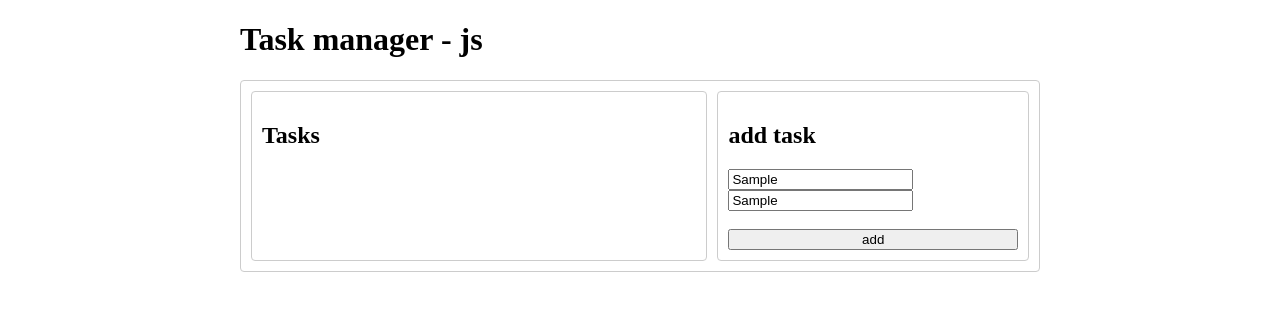
Repository: iKrekus/taskmgr-js
Page: index.html
An editor plug-in stored every save of this project. The page is shown before and after the next save, followed by the edit.
The browser window is 1280 px wide. The pictures show the whole page.
Empty fields were first filled with sample values (such as "Sample", 5 or name@example.com).
After loading, the first visible `#btn-add` was clicked once.

Above is the page before, as saved 2024-03-15 08:13:42.
Console error: ReferenceError: taskElement is not defined

### index.html
<!DOCTYPE html>
<html>
<head>
  <meta charset='utf-8'>
  <meta http-equiv='X-UA-Compatible' content='IE=edge'>
  <title>Task manager - js</title>
  <meta name='viewport' content='width=device-width, initial-scale=1'>
  <link rel='stylesheet' type='text/css' media='screen' href='style.css'>
</head>
<body>
<main>
  <h1>Task manager - js</h1>
  <div class="task-mgr container">
    <div class="task-mgr__tasks-box container">
      <h2>Tasks</h2>
      <ul class="task-mgr__list">
      </ul>
    </div>
    <div class="task-mgr__add-task container">
      <h2>add task</h2>
      <label for="title">
        <input type="text" name="title" id="task-title" class="task-mgr__field">
      </label>
      <label for="description">
        <input type="text" name="description" id="task-description" class="task-mgr__field">
      </label>
      <br>
      <br>
      <button type="button" class="task-mgr-btn task-mgr-btn__add" id="btn-add">add</button>
    </div>
  </div>
</main>
<template id="task-tmpl">
  <p class="task-title"></p>
  <p class="task-description"></p>
</template>
<script src='app.js'></script>
</body>
</html>

### style.css
main {
  max-width: 800px;
  margin: 0 auto;
}

li {
  list-style-type: none;
  padding: 0;
}
.task-mgr {
  display: flex;
  gap: 10px;
}

.task-mgr__tasks-box {
  width: 60%;
}

.task-mgr__add-task {
  width: 40%;
}

.task-mgr-btn {
  width: 100%;
}

.container {
  border: 1px solid #cccccc;
  border-radius: 4px;
  padding: 10px;
}

### app.js
const taskTitleField = document.querySelector('#task-title');
const taskDescriptionField = document.querySelector('#task-description');
const buttonAdd = document.querySelector('#btn-add');
const taskTitle = document.querySelector('.task-mgr__list');
const taskTemplate = document.querySelector('#task-tmpl');

buttonAdd.addEventListener('click', function () {
  if (taskTitleField.value && taskDescriptionField.value) {
  // addTask();
  createTask(taskTitleField.value, taskDescriptionField.value);
  clear();
  console.log(createTask);
  }

})

function clear(){
  taskTitleField.value='';
  taskDescriptionField.value='';
};


function createTask (name, description) {
  // console.log(taskTemplate);
  const task = taskTemplate.cloneNode(true);
  console.log(task);
  let aa = taskElement.querySelector('.task-title');
  console.log(aa);
  // const taskTitle = task.querySelector('.task-title');
  // const taskDescription = task.querySelector('.task-description');


  // taskTitle.value = name;
  // taskDescription.value = description;

  // return task;
}

function renderTask () {

}

// function addTask (element) {
//   const task = document.createElement('li')
//   task.innerHTML = `
//     <span>${taskTitleField.value}<span>
//     <span>${taskDescriptionField.value}<span>`;
//   tasksList.appendChild(task)
// }

After the next save:
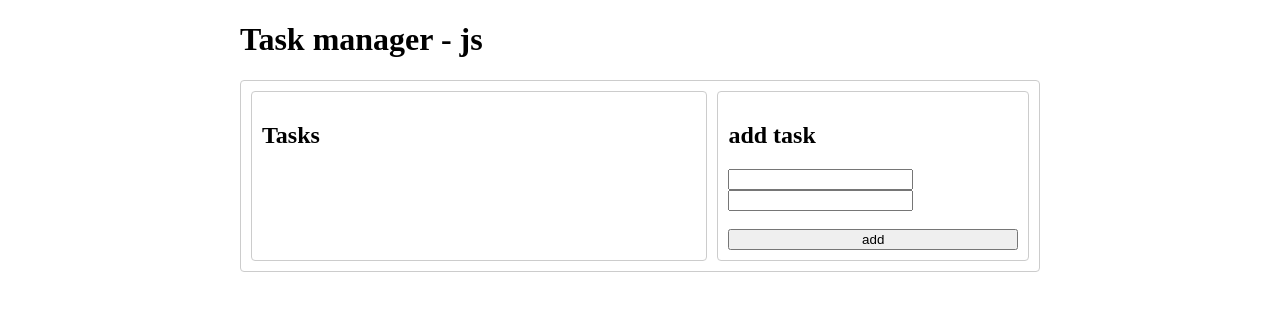
The error is gone.
Saved 8 min 52 s later.
--- a/app.js
+++ b/app.js
@@ -2,14 +2,12 @@ const taskTitleField = document.querySelector('#task-title');
 const taskDescriptionField = document.querySelector('#task-description');
 const buttonAdd = document.querySelector('#btn-add');
 const taskTitle = document.querySelector('.task-mgr__list');
-const taskTemplate = document.querySelector('#task-tmpl');
+const taskTemplate = document.querySelector('#task-tmpl').content;
 
 buttonAdd.addEventListener('click', function () {
   if (taskTitleField.value && taskDescriptionField.value) {
-  // addTask();
   createTask(taskTitleField.value, taskDescriptionField.value);
   clear();
-  console.log(createTask);
   }
 
 })
@@ -21,15 +19,13 @@ function clear(){
 
 
 function createTask (name, description) {
-  // console.log(taskTemplate);
   const task = taskTemplate.cloneNode(true);
-  console.log(task);
-  let aa = taskElement.querySelector('.task-title');
-  console.log(aa);
+  task.querySelector('.task-title').textContent = name;
+  task.querySelector('.task-description').textContent = description;
   // const taskTitle = task.querySelector('.task-title');
   // const taskDescription = task.querySelector('.task-description');
 
-
+console.log(task);
   // taskTitle.value = name;
   // taskDescription.value = description;
 
